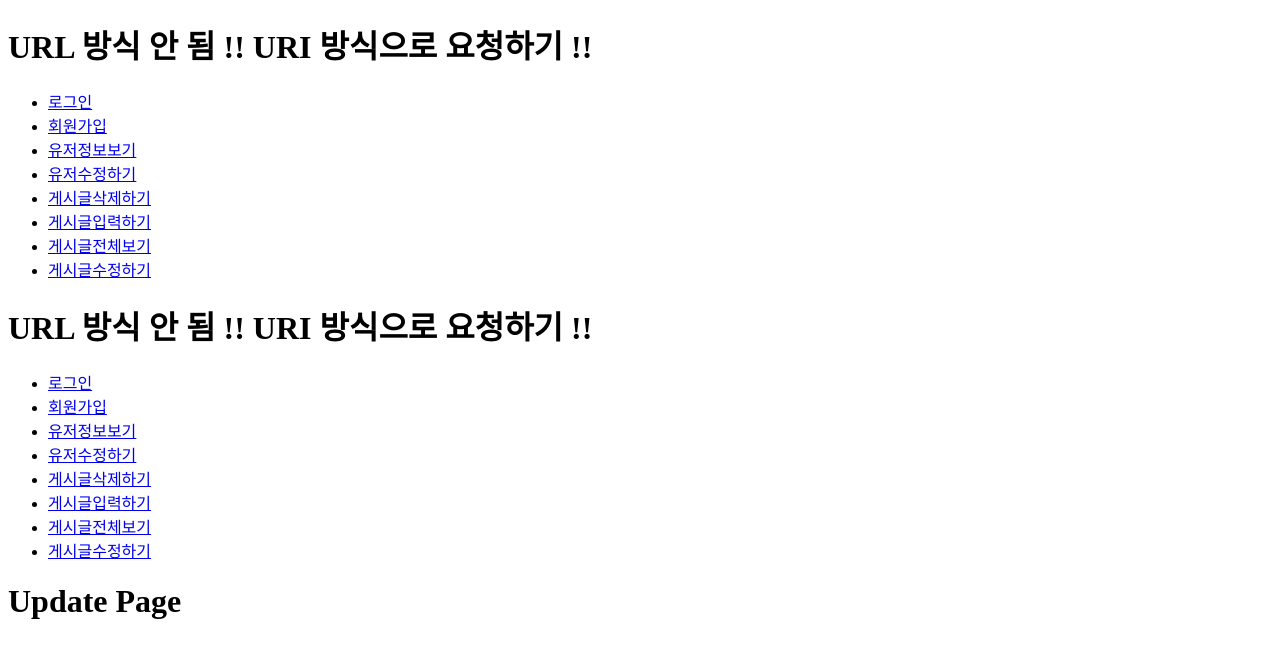
Repository: iron-ee/JSP
Page: http://localhost/hello/board/updateOne.jsp
An editor plug-in stored every save of this project. The page is shown before and after the next save, followed by the edit.
The browser window is 1280 px wide. The pictures show the whole page.
The page is served by Tomcat 9.

Above is the page before, as saved 2020-12-21 06:58:22.

After the next save:
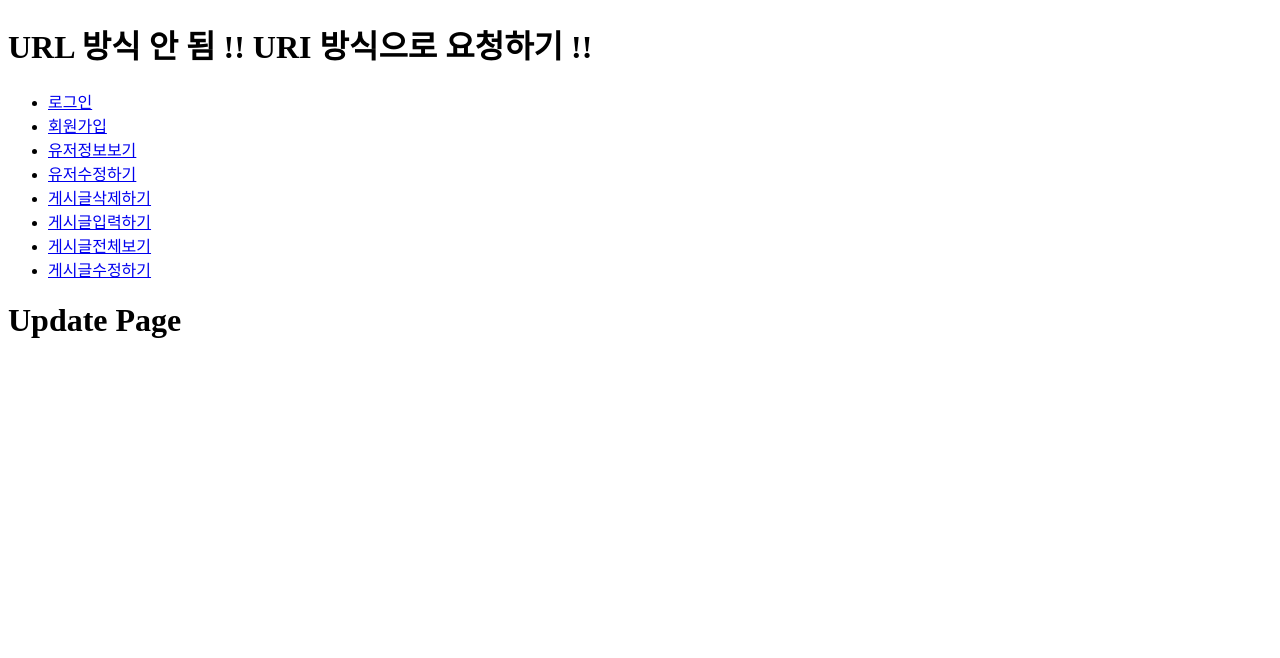
Saved 118 s later.
--- a/hello/WebContent/board/updateOne.jsp
+++ b/hello/WebContent/board/updateOne.jsp
@@ -1,6 +1,6 @@
 <%@ page language="java" contentType="text/html; charset=UTF-8"
     pageEncoding="UTF-8"%>
-<%@ include file = "../layout/header.jsp" %><%@ include file = "../layout/header.jsp" %>
+<%@ include file = "../layout/header.jsp" %>
 <h1>Update Page</h1>
 </body>
 </html>
